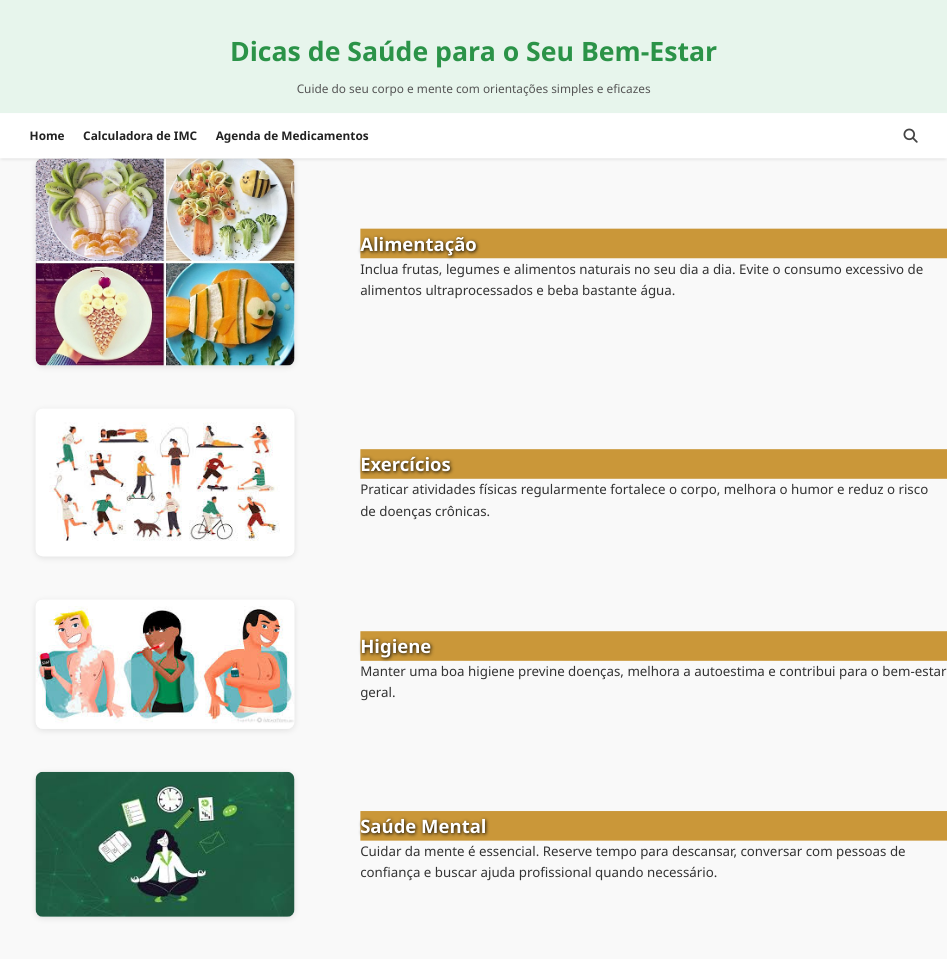
Repository: Cristiane-Sartori14/dicasSaude
Page: index.html
An editor plug-in stored every save of this project. The page is shown before and after the next save, followed by the edit.
The browser window is 1280 px wide. The pictures show the whole page, at 74% of full size.

Above is the page before, as saved 2025-05-19 20:35:49.

### index.html
<!DOCTYPE html>
<html lang="en">
  <head>
    <meta charset="UTF-8" />
    <meta name="viewport" content="width=device-width, initial-scale=1.0" />
    <title>Dicas de Saúde</title>
    <link rel="stylesheet" href="style.css" />
    <script src="script.js"></script>

    <link
      rel="stylesheet"
      href="https://cdnjs.cloudflare.com/ajax/libs/font-awesome/6.5.0/css/all.min.css"
    />
  </head>
  <body>
    <!-- Título principal da página -->
    <section class="main-title">
      <h1>Dicas de Saúde para o Seu Bem-Estar</h1>
      <p>Cuide do seu corpo e mente com orientações simples e eficazes</p>
    </section>

    <!--Cabeçalho-->
    <header class="header">
      <div class="nav-container">
        <nav>
          <ul class="nav-links">
            <li><a href="#">Home</a></li>
            <li><a href="#">Calculadora de IMC</a></li>
            <li><a href="#">Agenda de Medicamentos</a></li>
          </ul>
        </nav>
        <div class="header-icons">
          <div class="icon search-icon">
            <i class="fa-solid fa-magnifying-glass"></i>
          </div>
        </div>
      </div>
    </header>

    <!-- Alimentação -->
    <section class="section-saude">
      <div class="imagem">
        <img
          src="img/alimento.jpg"
          alt="Prato com alimentos saudáveis, frutas e vegetais coloridos"
        />
      </div>
      <div class="texto">
        <h2>Alimentação</h2>
        <p>
          Inclua frutas, legumes e alimentos naturais no seu dia a dia. Evite o
          consumo excessivo de alimentos ultraprocessados e beba bastante água.
        </p>
      </div>
    </section>

    <!-- Exercícios -->
    <section class="section-saude">
      <div class="imagem">
        <img src="img/exercicio.jpg" alt="Exercício Físico" />
      </div>
      <div class="texto">
        <h2>Exercícios</h2>
        <p>
          Praticar atividades físicas regularmente fortalece o corpo, melhora o
          humor e reduz o risco de doenças crônicas.
        </p>
      </div>
    </section>

    <!-- Higiene -->
    <section class="section-saude">
      <div class="imagem">
        <img src="img/higiene.jpg" alt="Higiene Pessoal" />
      </div>
      <div class="texto">
        <h2>Higiene</h2>
        <p>
          Manter uma boa higiene previne doenças, melhora a autoestima e
          contribui para o bem-estar geral.
        </p>
      </div>
    </section>

    <!-- Saúde Mental -->
    <section class="section-saude">
      <div class="imagem">
        <img src="img/saude-mental.jpg" alt="Saúde Mental" />
      </div>
      <div class="texto">
        <h2>Saúde Mental</h2>
        <p>
          Cuidar da mente é essencial. Reserve tempo para descansar, conversar
          com pessoas de confiança e buscar ajuda profissional quando
          necessário.
        </p>
      </div>
    </section>
  </body>
</html>

### style.css
* {
  box-sizing: border-box;
  margin: 0;
  padding: 0;
}

body {
  font-family: "Segoe UI", Tahoma, Verdana, sans-serif;
  background-color: #f9f9f9;
  color: #333;
  line-height: 1.6;
}

/*Título*/
.main-title {
  text-align: center;
  padding: 40px 20px 20px;
  background-color: #e7f5ec;


}

.main-title h1 {
  font-size: 36px;
  color: #2b9348;
  margin-bottom: 10px;
}

.main-title p {
  color: #555;
}

.texto h2 {
  font-size: 18px;
  color: #e01111;
}

/* Cabeçalho */
.header {
  background-color: #ffffff;
  box-shadow: 0 2px 4px rgba(0, 0, 0, 0.1);
  padding: 15px 30px;
  position: sticky;
  top: 0;
  z-index: 10;
}

.nav-container {
  max-width: 1200px;
  margin: 0 auto;
  display: flex;
  justify-content: space-between;
  align-items: center;
}

.nav-links {
  list-style: none;
  display: flex;
  gap: 25px;
}

.nav-links a {
  text-decoration: none;
  color: #222;
  font-weight: 600;
  transition: color 0.3s ease;
}

.nav-links a:hover,
.header-icons i:hover {
  color: #2b9348;
}

.header-icons {
  display: flex;
  align-items: center;
  gap: 15px;
}

.icon {
  font-size: 1.2rem;
  background: none;
  border: none;
  cursor: pointer;
  color: #444;
}

/* Conteúdo principal */
.health-container {
    max-width: 1200px;
    margin: 0 auto;
    padding: 40px 20px;
}

.section-saude {
  display: flex;
  align-items: center;
  justify-content: space-between;
  gap: 40px;
  margin-bottom: 50px;
  flex-wrap: wrap;
}

.imagem img {
  width: 100%;
  max-width: 350px;
  border-radius: 10px;
  box-shadow: 0 2px 8px rgba(0, 0, 0, 0.1);
}

.imagem {
  flex: 1 1 300px;
  text-align: center;
}

.texto {
  flex: 2 1 500px;
}

.texto h2 {
    font-size: 25px;
    color: #fff;
    background-color: rgb(202, 151, 57);
    text-shadow: 1px 1px 5px rgba(0, 0, 0);
}

.texto p {
  font-size: 18px;
  color: #333;
  line-height: 1.6;
}

.health-details {
  flex: 2 1 500px;
}

.health-title {
  color: #2b9348;
  font-size: 32px;
  margin-bottom: 20px;
}

.tip {
  margin-bottom: 20px;
}

.tip h3 {
  font-size: 20px;
  color: #1a5d1a;
}

.tip p {
  margin-top: 5px;
}

/* Responsivo */
@media (max-width: 768px) {
  .health-container {
    flex-direction: column;
    align-items: center;
  }

  .nav-links {
    flex-direction: column;
    align-items: center;
    gap: 10px;
  }

  .nav-container {
    flex-direction: column;
    gap: 10px;
  }
}

Loaded but not shown: script.js (no stored copy; drawn as an empty file)

After the next save:
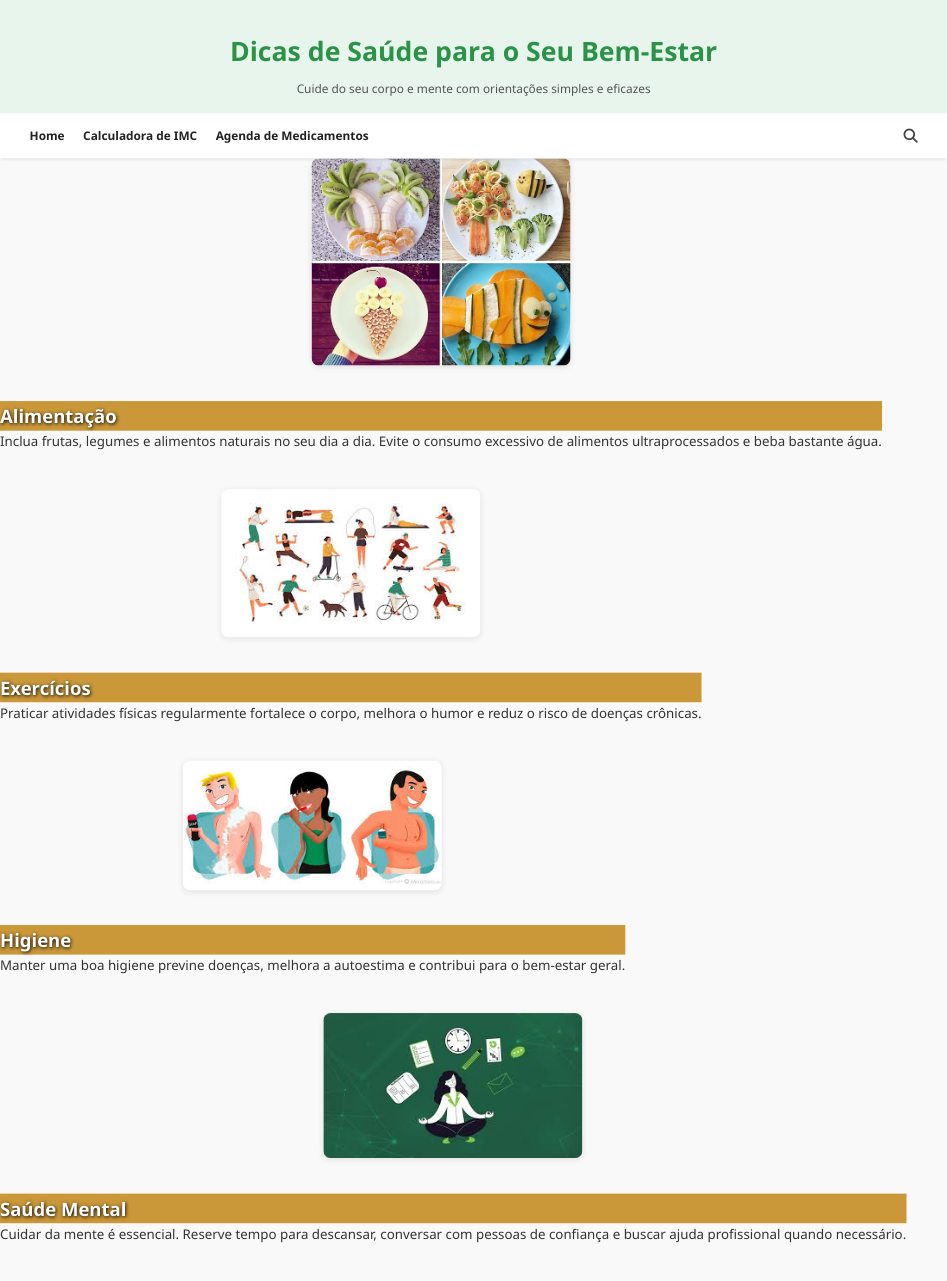
Saved 77 s later.
--- a/style.css
+++ b/style.css
@@ -93,7 +93,7 @@
 }
 
 .section-saude {
-  display: flex;
+  display: grid;
   align-items: center;
   justify-content: space-between;
   gap: 40px;

After the save that followed:
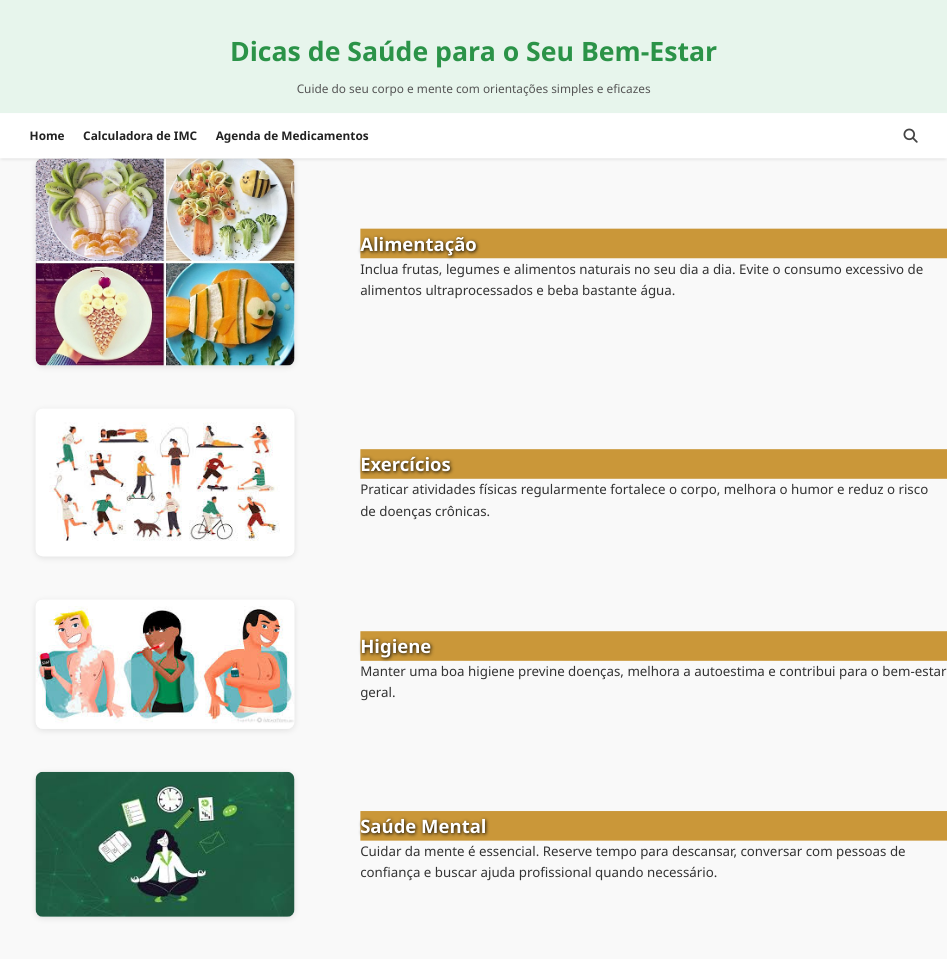
Saved 19 s later.
--- a/style.css
+++ b/style.css
@@ -93,7 +93,7 @@
 }
 
 .section-saude {
-  display: grid;
+  display: flex;
   align-items: center;
   justify-content: space-between;
   gap: 40px;
